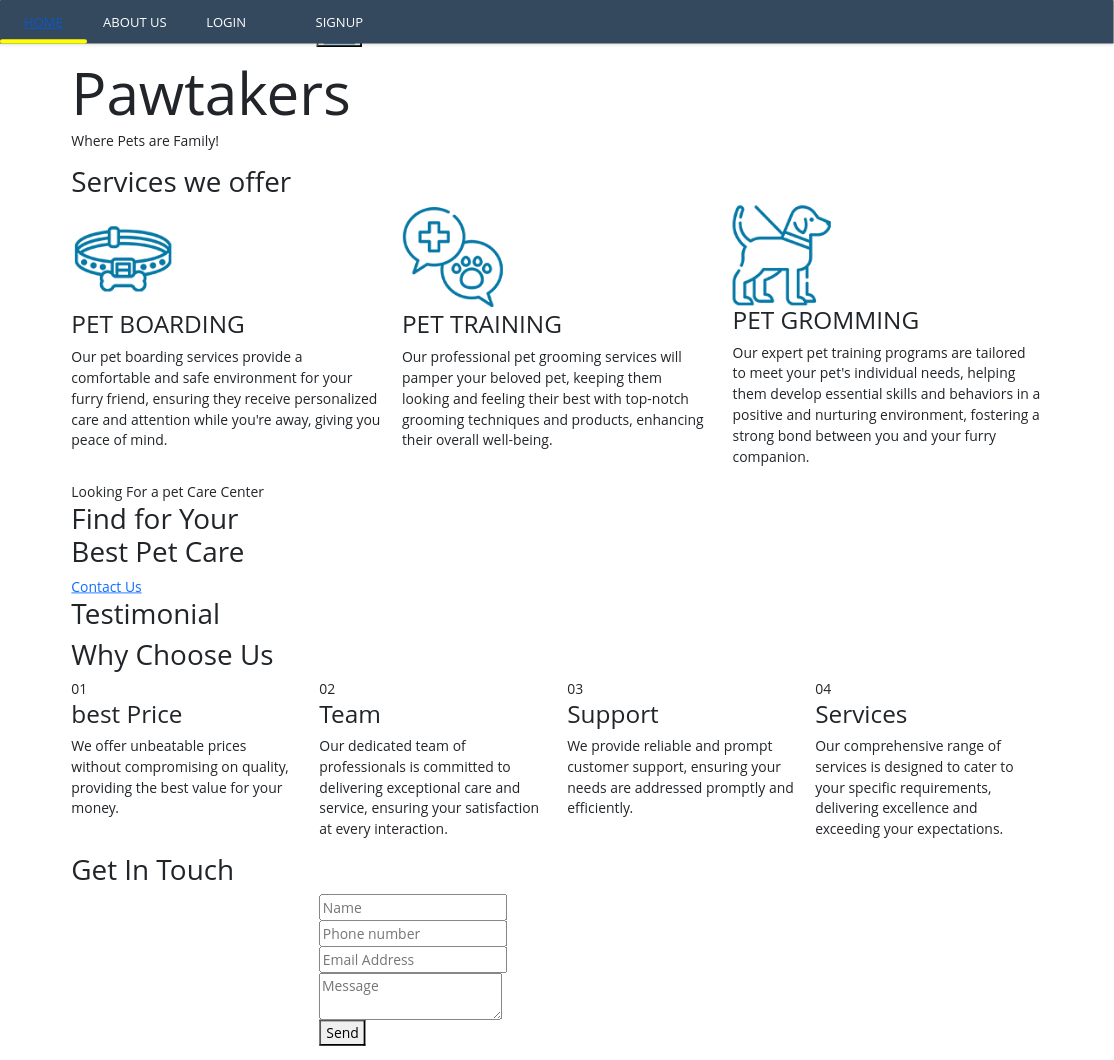
Repository: Chitti-g-k/Paw-Takers
Page: templates/index.html
These files come from the project's save history. The page is drawn as it stood at one moment and after the next save; the edit follows.
The browser window is 1280 px wide. The pictures show the whole page, at 87% of full size.
The template is drawn by Django 4.2. The application's start-up code is not run. The template is opened directly, without the code that normally fills it, so the values that code supplies are empty.

Above is the page before, as saved 2023-07-16 13:30:03.

After the next save:
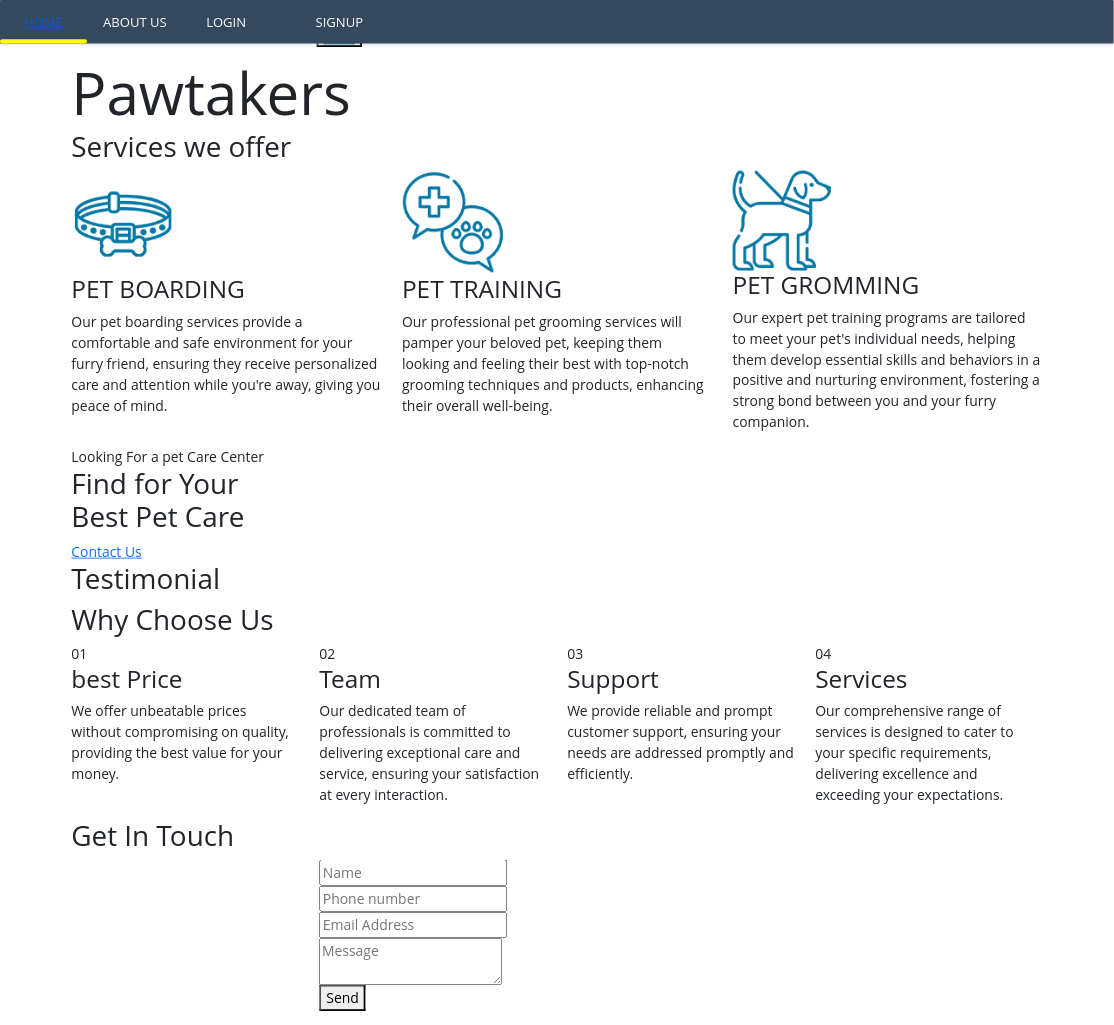
Saved 13 s later.
--- a/templates/index.html
+++ b/templates/index.html
@@ -145,7 +145,7 @@
                     <div class=" banner_main">
                         <div class="bluid">
                             <h1>Pawtakers </h1>
-                            <p>Where Pets are Family!</p>
+
                         </div>
                     </div>
                 </div>
